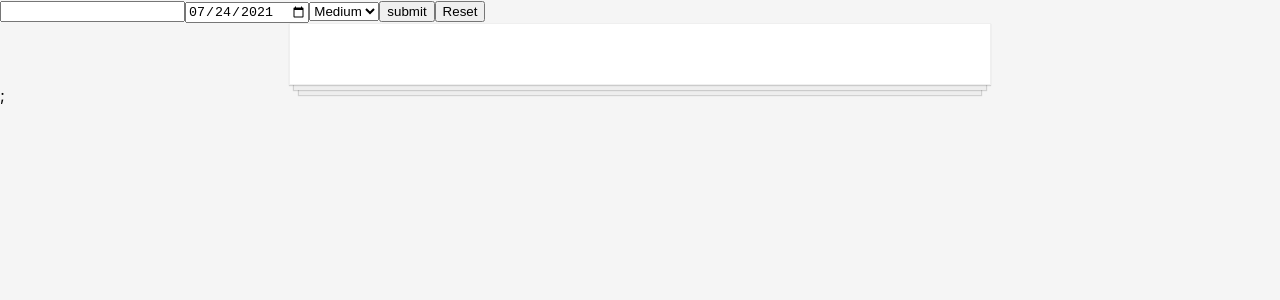
Repository: 0101chaitanya/react-todo
Page: /
The author's editor kept a copy of each file at every save. The page is drawn from the files as they stood at one save, then again after the next save.
The browser window is 1280 px wide. The pictures show the whole page.
The project was rebuilt for these pictures with package versions that can differ from the ones it lists, and the page was loaded fresh each time. Also part of the build but not shown: src/components/TodoItem.js.

Above is the page before, as saved 2021-07-24 15:39:20.

After the next save:
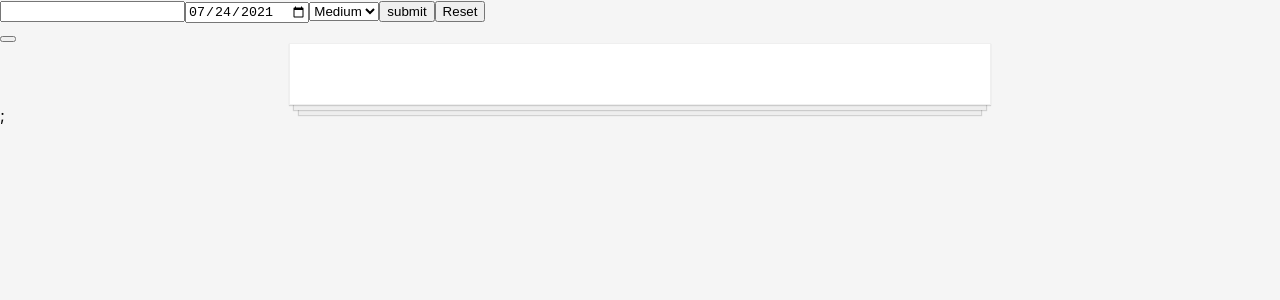
Saved 9 min 19 s later.
--- a/src/components/todoState.js
+++ b/src/components/todoState.js
@@ -81,7 +81,16 @@ class TodoState extends React.Component {
       />
     ));
 
-    return <div className="todo-list">{todoItems}</div>;
+    return (
+      <div>
+        <nav>
+          <button></button>
+        </nav>
+        <div>
+          <div className="todo-list">{todoItems}</div>
+        </div>
+      </div>
+    );
   }
 }
 
